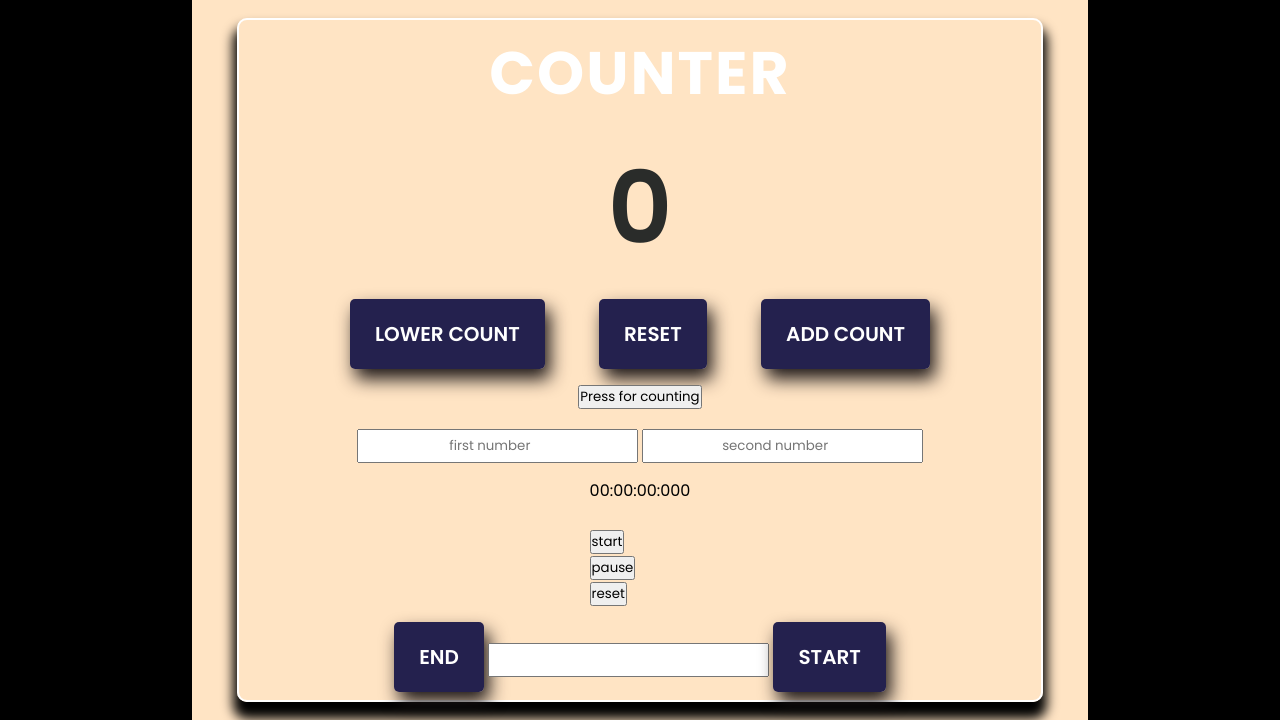
Repository: Seryozha02/Calculator
Page: index.html
These files come from the project's save history. The page is drawn as it stood at one moment and after the next save; the edit follows.
The browser window is 1280 px wide. The pictures show the whole page.

Above is the page before, as saved 2022-02-20 13:41:01.
Not found: script.js

### index.html
<!DOCTYPE html>
<html lang="en">
  <head>
    <meta charset="UTF-8" />
    <meta http-equiv="X-UA-Compatible" content="IE=edge" />
    <meta name="viewport" content="width=device-width, initial-scale=1.0" />
    <link rel="stylesheet" href="./style.css" />
    <title>Counter</title>
  </head>
  <body>
    <div class="body">
      <div class="parent">
          <div class="main">
              <div class="countText">
                  <h1>COUNTER</h1>
              </div>
              <div class="number">
                  <p id="num">0</p>
              </div>
              <div class="options">
                  <button class="leftButton">LOWER COUNT</button>
                  <button class="centerButton">RESET</button>
                  <button class="rightButton">ADD COUNT</button>
              </div>
              <div class="addABParent">
                  <button class="addAB">Press for counting</button>
                  <input type="number" id="inputNum1" placeholder="first number"><span class="plyus"></span>
                  <input type="number" id="inputNum2" placeholder="second number"><span class="equals"></span>
                  <span id="valueOfSum"></span>
              </div>
              <form name="form_main">
                  <div>
                      <span id="hour">00</span>:<span id="minute">00</span>:<span id="second">00</span>:<span id="millisecond">000</span>
                  </div>
                  <br />

                  <div> <button type="button" name="start">start</button></div>
                  <div></div><button type="button" name="pause">pause</button>
                  <div></div><button type="button" name="reset">reset</button>
              </form>
              <div class="options">
                  <button class="fibonLeft">END</button>
                  <input id="inputNumFibo">
                  <button class="fibonRight">START</button>
              </div>
          </div>
      </div>
  </div>
    <script src="script.js"></script>
  </body>
</html>

### style.css
@import url('https://fonts.googleapis.com/css2?family=Poppins:wght@200;300;400;500;600;700&display=swap');
* {
    margin: 0;
    padding: 0;
    box-sizing: border-box;
    font-family: 'Poppins', sans-serif;
}

.body {
    background-color: black;
    position: absolute;
    width: 100%;
    height: 100%;
    display: flex;
    align-items: center;
    justify-content: center;
}

.parent {
   background-color:bisque;
    position: relative;
    width: 70%;
    height: 100%;
    display: flex;
    align-items: center;
    justify-content: center;
}

.main {
    position: relative;
    width: 90%;
    height: 95%;
    display: flex;
    align-items: center;
    justify-content: center;
    flex-direction: column;
    border: 2px solid white;
    border-radius: 10px;
    box-shadow: 0px 13px 12px 4px;
    display: flex;
    flex-direction: column;
    justify-content: space-around;
}

.countText {
    display: flex;
    align-items: center;
    justify-content: center;
    letter-spacing: 2px;
    color: white;
    font-size: 30px;
}

.number {
    font-size: 100px;
    font-weight: 600;
    color: rgb(42, 44, 42);
}

.options button {
    background-color: rgba(7, 7, 63, 0.884);
    border-radius: 5px;
    color: white;
    font-size: 20px;
    font-weight: 600;
    cursor: pointer;
    border: none;
    padding: 20px 25px 20px 25px;
    box-shadow: 5px 10px 18px #1D1717;
}


.options button:hover,
.btn button:hover {
    transform: scale(0.96);
}

.options button.leftButton {
    margin-right: 50px;
}

.options button.rightButton {
    margin-left: 50px;
}

.addABParent {
    text-align: -webkit-center;
}

.addAB {
    display: flex;
    margin-bottom: 20px;
    cursor: pointer;
}

input {
    padding: 5px 10px;
    text-align: center;
}

After the next save:
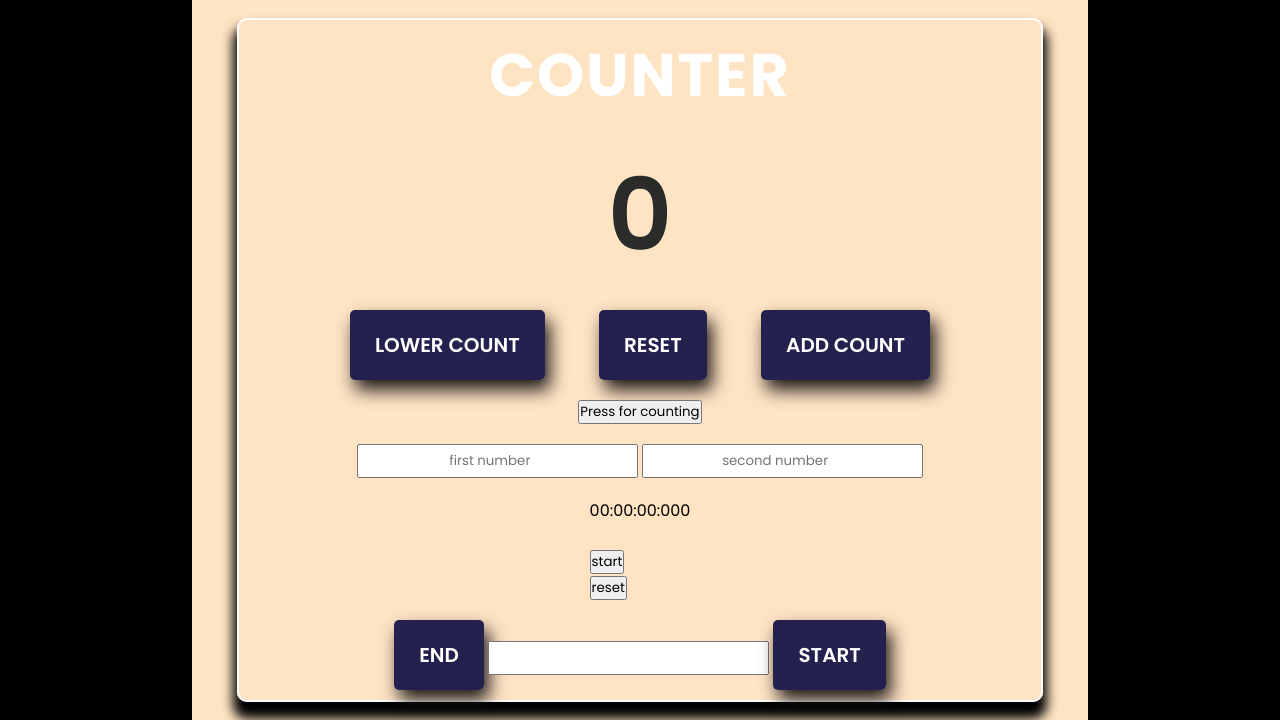
Saved 7 s later.
--- a/index.html
+++ b/index.html
@@ -35,7 +35,7 @@
                   <br />
 
                   <div> <button type="button" name="start">start</button></div>
-                  <div></div><button type="button" name="pause">pause</button>
+                  <div></div>
                   <div></div><button type="button" name="reset">reset</button>
               </form>
               <div class="options">

After the 4 saves that followed:
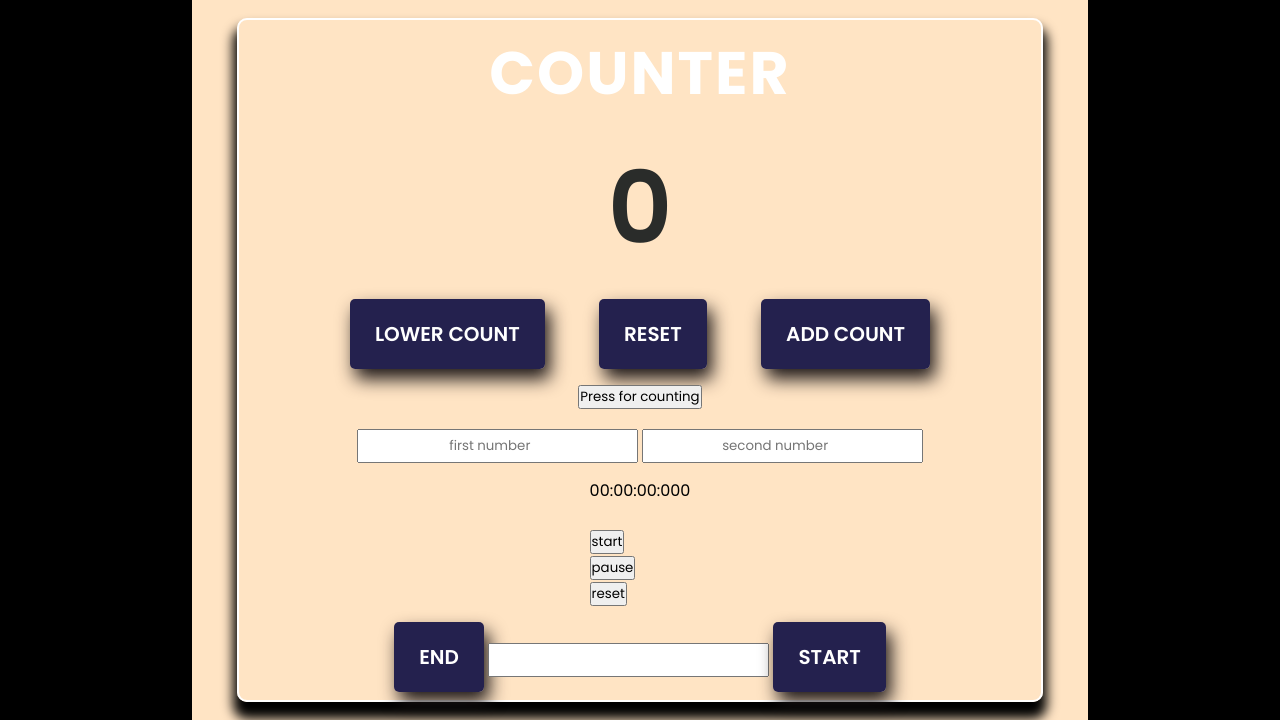
The 4 saves are shown as one change because they came seconds apart.
The last was saved 8 s later.
--- a/index.html
+++ b/index.html
@@ -35,7 +35,7 @@
                   <br />
 
                   <div> <button type="button" name="start">start</button></div>
-                  <div></div>
+                  <div> <button type="button" name="pause">pause</button></div>
                   <div></div><button type="button" name="reset">reset</button>
               </form>
               <div class="options">
